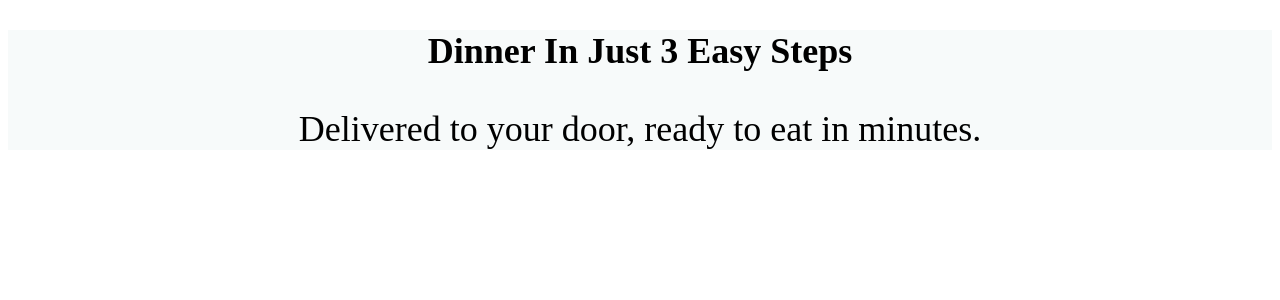
Repository: ST-United-Internship/leadpage
Page: card-UI.html
These files come from the project's save history. The page is drawn as it stood at one moment and after the next save; the edit follows.
The browser window is 1280 px wide. The pictures show the whole page.

Above is the page before, as saved 2023-03-15 14:50:34.

After the next save:
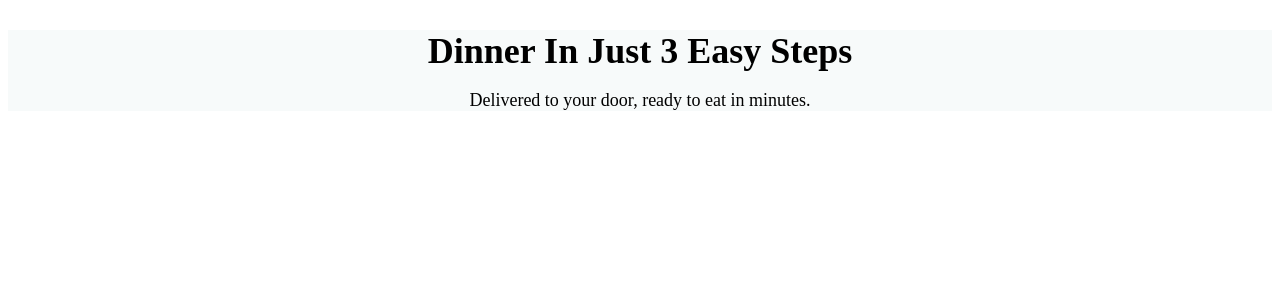
Saved 8 s later.
--- a/css/card-UI.css
+++ b/css/card-UI.css
@@ -23,6 +23,6 @@ section{
 }
 
 .about .columm .title-text p{
-    font-size: 36px;
+    font-size: 18px;
     margin-bottom: 10px;
 }
